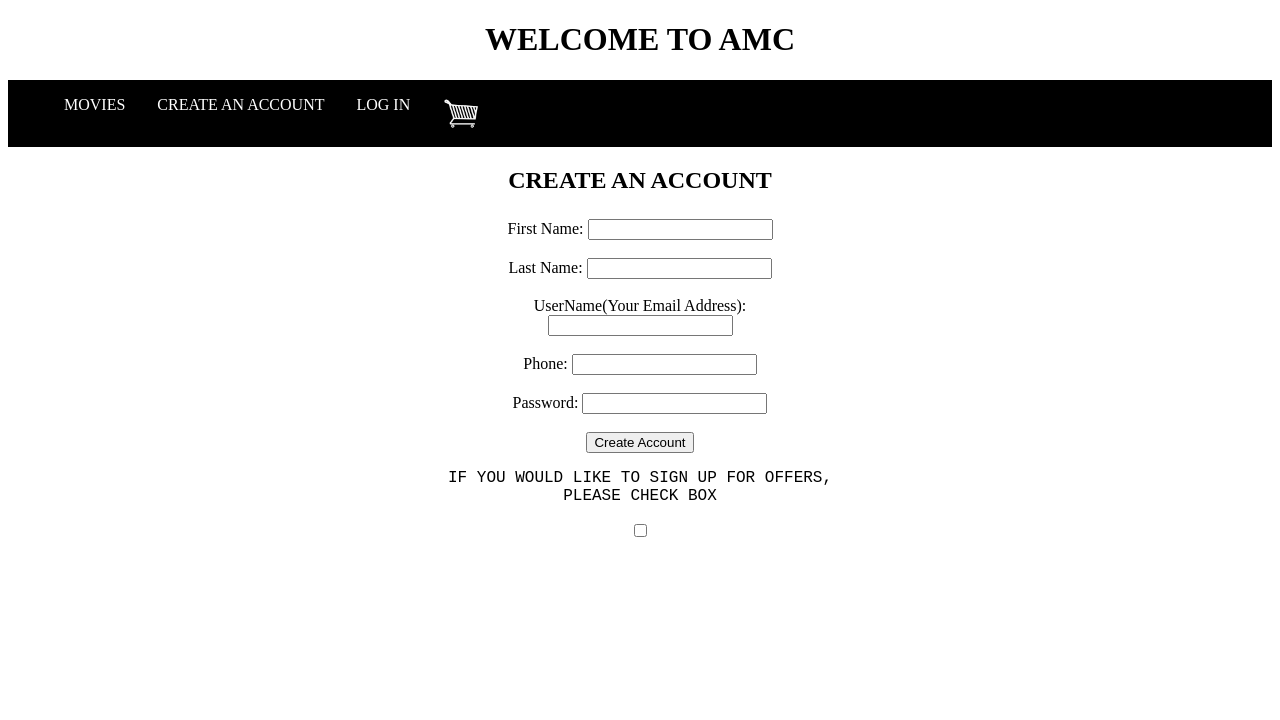
Repository: TagninaShama/CoreJavaJune2020
Page: http://localhost/FinalProject/addAccountForm
These files come from the project's save history. The page is drawn as it stood at one moment and after the next save; the edit follows.
The browser window is 1280 px wide. The pictures show the whole page.
The page is served by Tomcat 9. Other server files are loaded and not shown.

Above is the page before, as saved 2019-11-24 19:19:25.

### FinalProject/WebContent/CreateAccount.jsp
<!DOCTYPE html>
<html>
<head>
<meta charset="ISO-8859-1">
<link href="style.css" type="text/css" rel="stylesheet">
<title>AMC Theaters: Create An Account</title>
</head>

<body>
<header>
<h1><center>Welcome to AMC </center></h1>
<nav>
<ul>
<li><a href="MovieServlet">Movies</a></li>
<li><a href="addAccountForm">Create an Account</a></li>
<li><a href="LogInForm">Log In </a></li>
<li><a href="cart.jsp" id="cartLogo"><img src="images/cart2.png" alt="" id="cartLogo"/></a></li>
</ul>
</nav>
</header>

<h2><center>Create An Account</center></h2>

<form name=addForm action=AddAccount method=post>
<label>First Name:</label>
<input type="text" name="firstName"  value=""/>
<br><br>
<label>Last Name:</label>
<input type="text" name="lastName"  value=""/>
<br><br>
<label>UserName(Your Email Address):</label>
<input type="text" name="emailAddress"  value=""/>
<br><br>
<label>Phone:</label>
<input type="text" name="customerPhoneNo"  value=""/>
<br><br>
<label>Password:</label>
<input type="text" name="password"  value=""/>
<br><br>
<input type="submit" name="submit" value="Create Account"/>
<br>
<p>If you would like to sign up for offers, please check box </p>
<input type="checkbox" name="subscribe" value="Subscribe For Emails"/>

</form>



</body>
</html>

### FinalProject/src/controller/AddAccountFormServlet.java
package controller;

import java.io.IOException;

import javax.servlet.RequestDispatcher;
import javax.servlet.ServletException;
import javax.servlet.annotation.WebServlet;
import javax.servlet.http.HttpServlet;
import javax.servlet.http.HttpServletRequest;
import javax.servlet.http.HttpServletResponse;


/**
 * Servlet implementation class AddAccountFormServlet
 */
@WebServlet("/addAccountForm")
public class AddAccountFormServlet extends HttpServlet {
	private static final long serialVersionUID = 1L;

    /**
     * @see HttpServlet#HttpServlet()
     */
    public AddAccountFormServlet() {
        super();
        // TODO Auto-generated constructor stub
    }

	/**
	 * @see HttpServlet#doGet(HttpServletRequest request, HttpServletResponse response)
	 */
    protected void doGet(HttpServletRequest request, HttpServletResponse response) throws ServletException, IOException {
		doPost(request, response);
	}

	/**
	 * @see HttpServlet#doPost(HttpServletRequest request, HttpServletResponse response)
	 */
	protected void doPost(HttpServletRequest request, HttpServletResponse response) throws ServletException, IOException {
		String url = "CreateAccount.jsp";

		RequestDispatcher dispatcher = request.getRequestDispatcher(url);
		dispatcher.forward(request, response);
	}


}

### FinalProject/WebContent/style.css
@charset "ISO-8859-1";

p{
	text-align: center;
	font-size:16px;
	color:black;
	text-transform: uppercase;
	font-family:"Courier new", Verdana, Times;
}

ul {
	list-style-type: none;
	margin: auto;
	padding: auto;
	overflow: hidden;
	background-color: black;

}

li {
	float: left;
}

li a, #username {
	display: block;
	color: white;
	text-align: center;
	padding: 16px 16px;
	text-decoration: none;

}

li a:hover {
	background-color: red;
	margin: auto;
	padding: auto;
	overflow: hidden;
}

form {
	margin-left: auto;
	margin-right: auto;
	text-align: center;
	padding: 5px;
	width: 400px;

}

img, td{
	height: 300px;
	width: 225px;
}


#cartLogo {
	height: 35px;
	width: 40px;
	background-color: black;
	float: right;
	text-align: right;
	margin: auto;
	padding: auto;
	overflow: hidden;

}

h1, h2, ul{
	text-transform: uppercase;
}

After the next save:
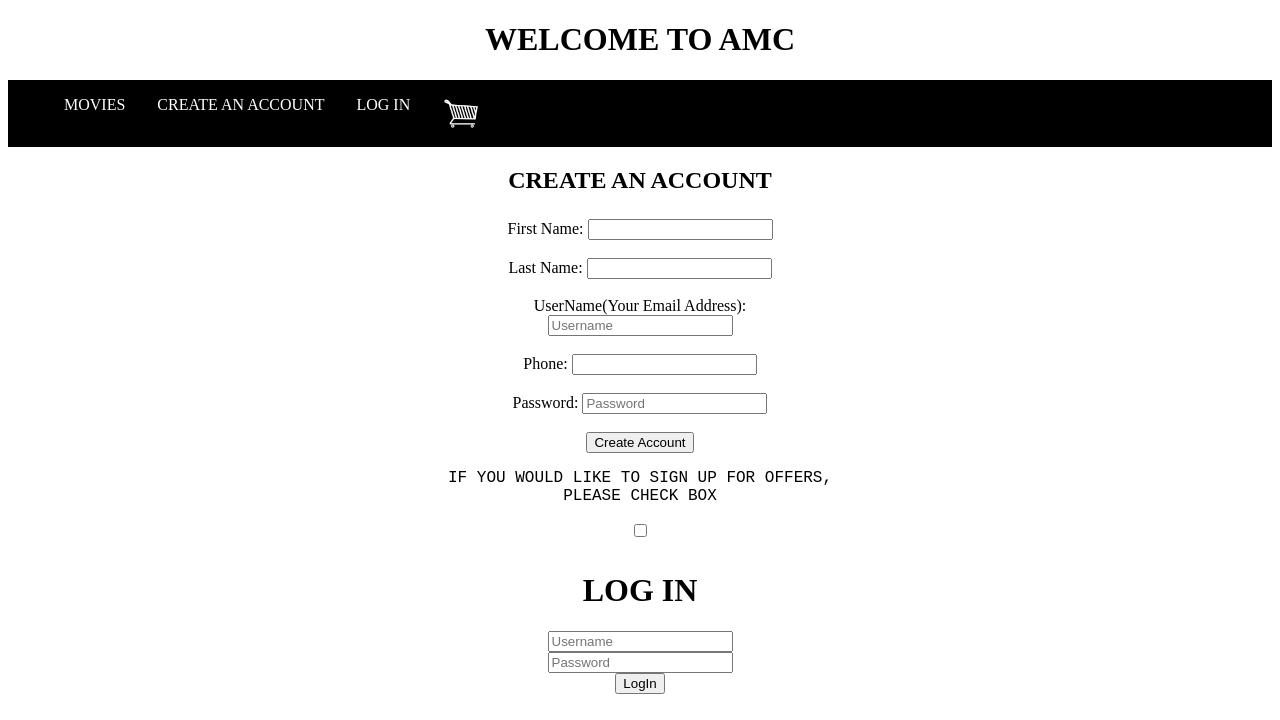
Saved 18 min 39 s later.
--- a/FinalProject/WebContent/CreateAccount.jsp
+++ b/FinalProject/WebContent/CreateAccount.jsp
@@ -29,13 +29,13 @@
 <input type="text" name="lastName"  value=""/>
 <br><br>
 <label>UserName(Your Email Address):</label>
-<input type="text" name="emailAddress"  value=""/>
+<input type ="text" name="emailAddress" placeholder="Username" required>
 <br><br>
 <label>Phone:</label>
 <input type="text" name="customerPhoneNo"  value=""/>
 <br><br>
 <label>Password:</label>
-<input type="text" name="password"  value=""/>
+<input type = "password" name="password" placeholder="Password" required>
 <br><br>
 <input type="submit" name="submit" value="Create Account"/>
 <br>
@@ -45,6 +45,15 @@
 </form>
 
 
+<form id = "LogIn" action= "LogIN" method="POST">
+<h1>Log In</h1>
+
+<input type ="text" name="username" placeholder="Username" required> <br>
+<input type = "password" name="password" placeholder="Password" required> <br>
+<input type="submit"value="LogIn"> <br>
+${errorMessage}
+</form>
+
 
 </body>
 </html>
